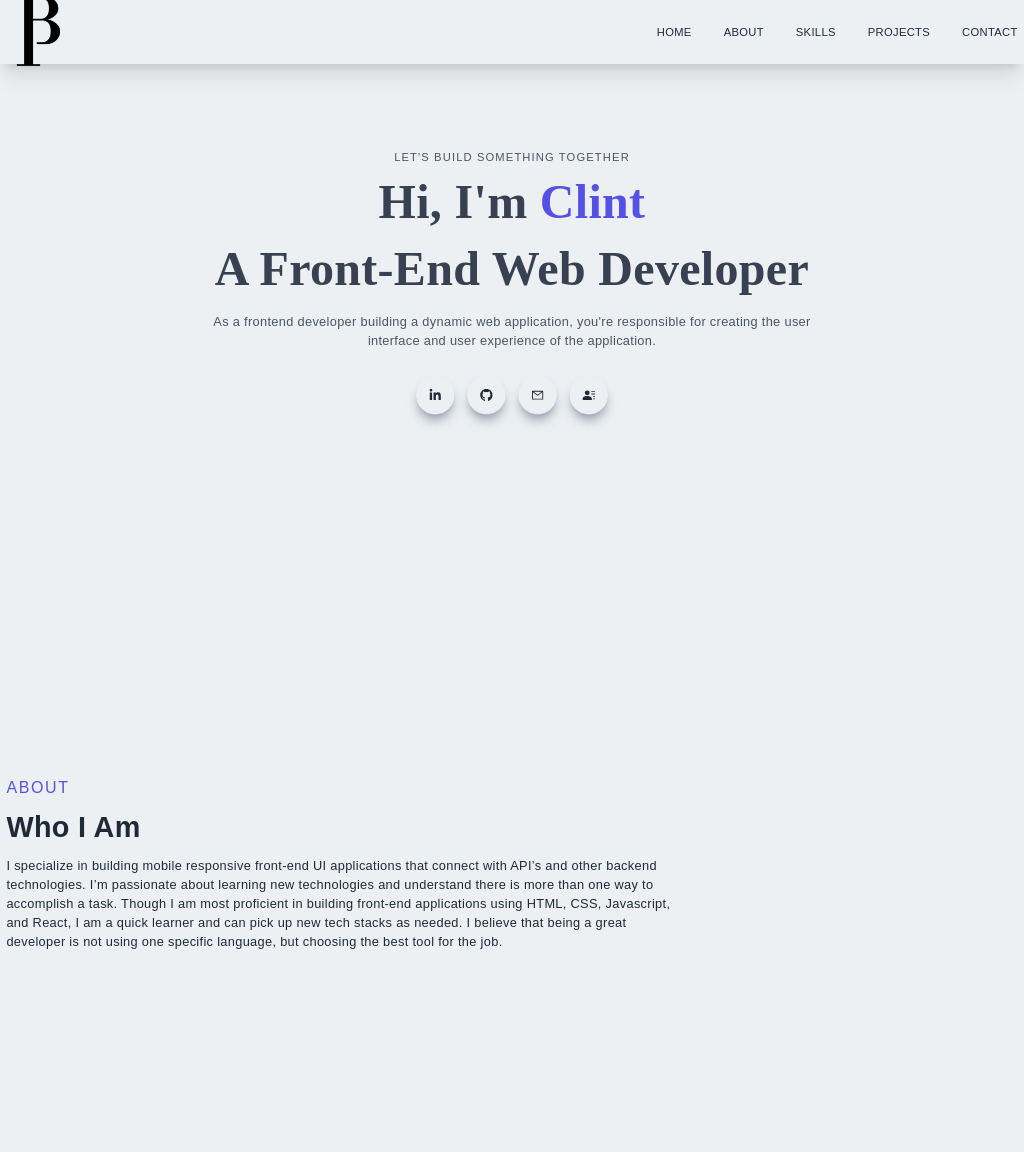
Repository: bittu-Patel/portfolio-resume-next-js
Page: /
These files come from the project's save history. The page is drawn as it stood at one moment and after the next save; the edit follows.
The browser window is 1280 px wide. The pictures show the whole page, at 80% of full size.
The project was rebuilt for these pictures with package versions that can differ from the ones it lists, and the page was loaded fresh each time. The framework's server and built-in components were replaced by stand-ins that run in the browser. Also part of the build but not shown: next.config.js.

Above is the page before, as saved 2023-09-22 13:30:10.

After the next save:
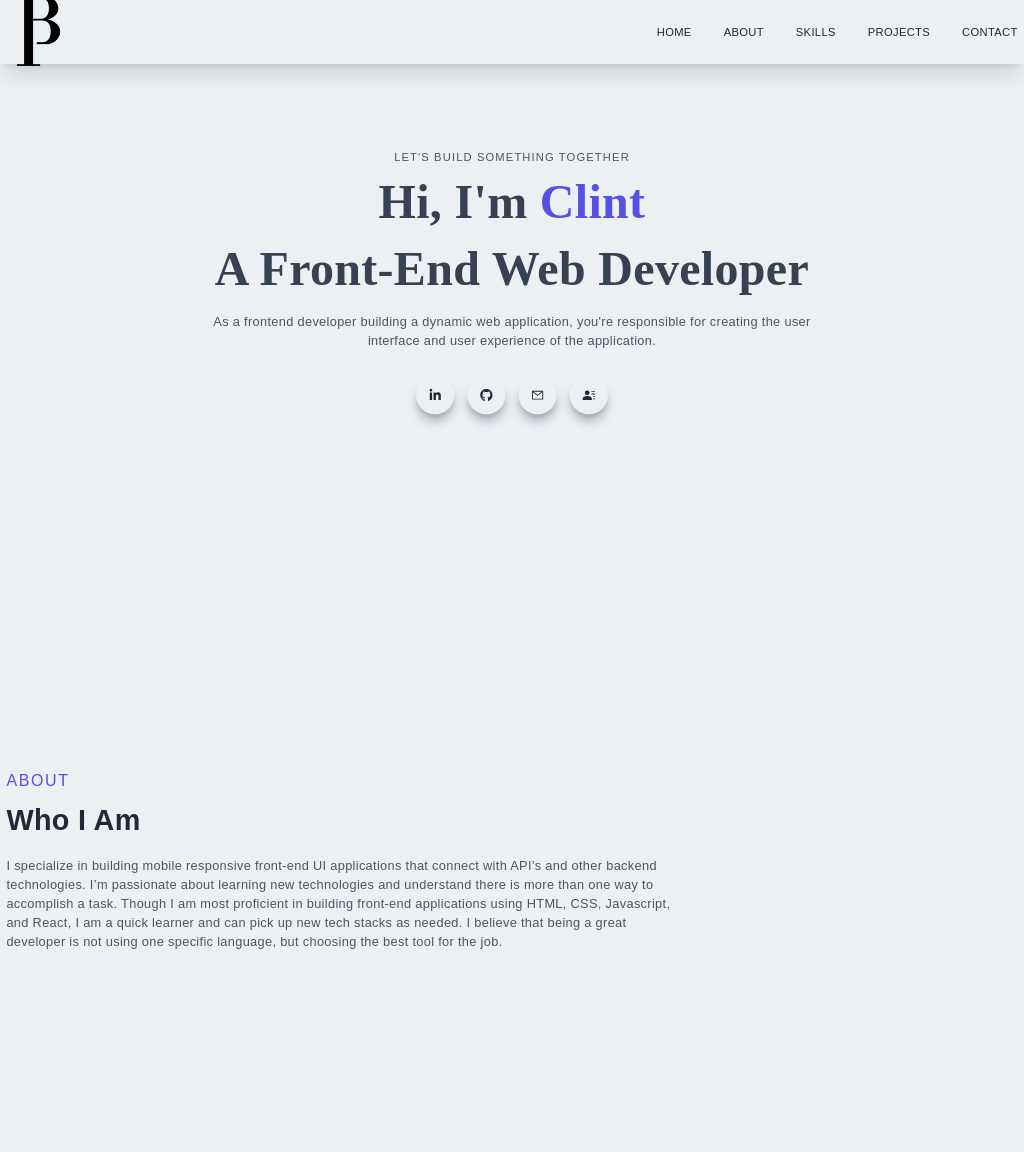
Saved 22 s later.
--- a/components/About.jsx
+++ b/components/About.jsx
@@ -11,7 +11,7 @@ const About = () => {
 
 
 
-                <p >I specialize in building mobile responsive front-end UI applications
+                <p className='py-2 text-gray-600'>I specialize in building mobile responsive front-end UI applications
             that connect with API’s and other backend technologies. I’m
             passionate about learning new technologies and understand there is
             more than one way to accomplish a task. Though I am most proficient
